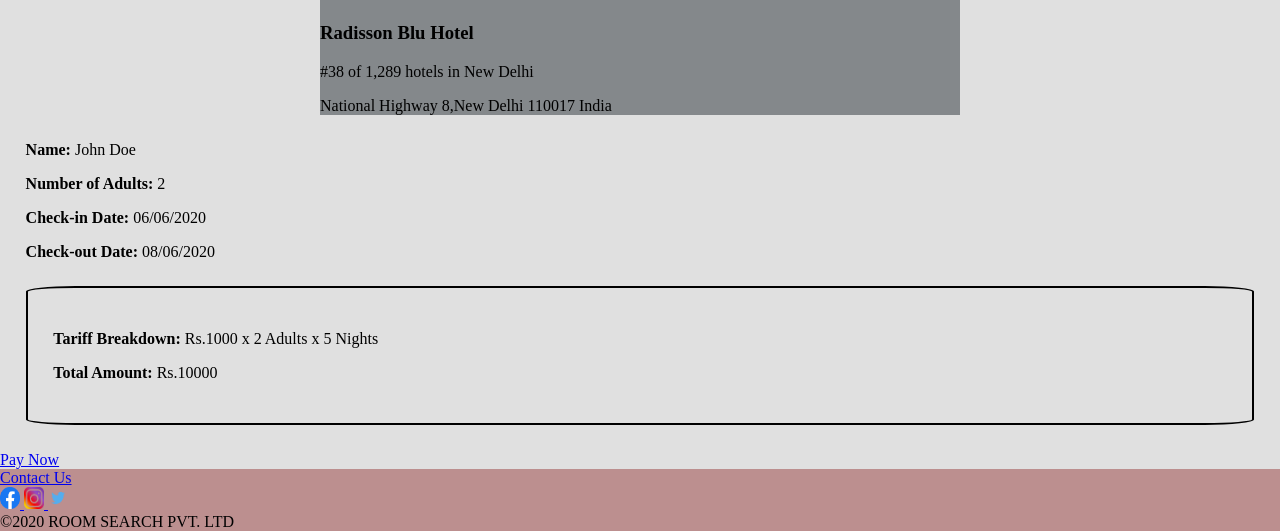
Repository: Aditya-work/Hotel-Booking-Website
Page: payment.html
An editor plug-in stored every save of this project. The page is shown before and after the next save, followed by the edit.
The browser window is 1280 px wide. The pictures show the part of the page from y = 590 to 1121 px (the page is 1121 px tall before and 1117 px after).

Above is the page before, as saved 2020-07-14 14:44:49.

### payment.html
<!DOCTYPE html>
<html lang="en">
<head>
    <meta charset="UTF-8">
    <meta name="viewport" content="width=device-width, initial-scale=1.0">
    <title>Payment</title>
    <link rel="stylesheet" href="./styles/common.css">
    <link rel="stylesheet" href="./styles/payment.css">
</head>
<body>
   <!-- Wrap Div -->
    <div class="main">

        <!-- Header -->
        <header>
            <a href="./index.html">
                <img src="./assests/images/logo.png" alt="logo"/>
            </a>
            <a href="./login.html" target="_blank">Login</a>
        </header>

        <!-- Content -->
        <div class="content">
            <div class="hotel-details">
                <img src="https://media-cdn.tripadvisor.com/media/photo-w/17/b3/09/b4/by-the-poolside.jpg"
                    alt="Radisson Blu Hotel"/>
                <br>
                <h3>Radisson Blu Hotel</h3>
                <div class="address">
                    <p>#38 of 1,289 hotels in New Delhi</p>
                    <p>National Highway 8,New Delhi 110017 India</p>
                </div>
            </div>
            <div class="customer-details">
                <p><b>Name:</b> John Doe</p>
                <p><b>Number of Adults:</b> 2</p>
                <p><b>Check-in Date:</b> 06/06/2020</p>
                <p><b>Check-out Date:</b> 08/06/2020</p>
            </div>
            <div class="payment-details">
                <p><b>Tariff Breakdown:</b> Rs.1000 x 2 Adults x 5 Nights</p>
                <p><b>Total Amount:</b> Rs.10000</p>
            </div>
            <a href="#">Pay Now</a>
        </div>
        <!-- Footer -->
        <footer>
            <div>
                <a href="./contact.html" target="_self">Contact Us</a>
            </div>
            <div class="social-media-icons">
                <a href="https://www.facebook.com/"  target="_blank">
                    <img src="./assests/images/facebook.png" alt="Fackbook"/>
                </a>
                <a href="https://www.instagram.com/"  target="_blank">
                    <img src="./assests/images/instagram.png" alt="Instagram"/>
                </a>
                <a href="https://www.twitter.com/"  target="_blank">
                    <img src="./assests/images/twitter.png" alt="Twitter"/>
                </a>
            </div>
            <div><span>&copy;2020 ROOM SEARCH PVT. LTD</span></div>
        </footer>
    </div>
</body>
</html>

### styles/common.css
/* *{
    margin: 0;
    padding: 0;
} */

body, .main{
    width: 100vw;
    height: 100vh;
    background-color: #e0e0e0;
    margin: 0;
    padding: 0;
}

header,footer{
    background-color: rosybrown;
}

/******************* Header ******************/

header img{
    width: 60px;
    height: 60px;
}

/******************* Footer ******************/

footer a img{
    width: 20px;
    height: 22px;
}

### styles/payment.css

.hotel-details img{
    width: 500px;
    height:500px;
}

.hotel-details{
    background-color: rgb(132,136,139);
    width: 50%;
    height:20%;
    margin: 2% auto;
}

.customer-details{
    margin: 2%;
}

.payment-details{
    margin: 2%;
    padding: 2%;
    border: 2px solid black;
    border-radius: 4%;
}

After the next save:
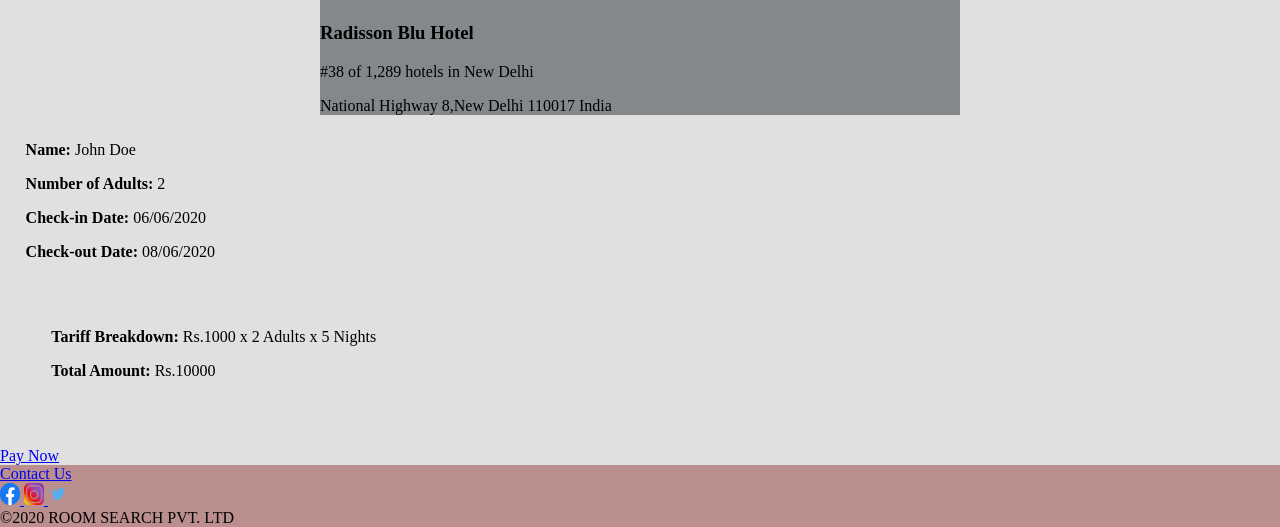
Saved 10 s later.
--- a/styles/payment.css
+++ b/styles/payment.css
@@ -18,6 +18,6 @@
 .payment-details{
     margin: 2%;
     padding: 2%;
-    border: 2px solid black;
+    border: 2% solid black;
     border-radius: 4%;
 }
